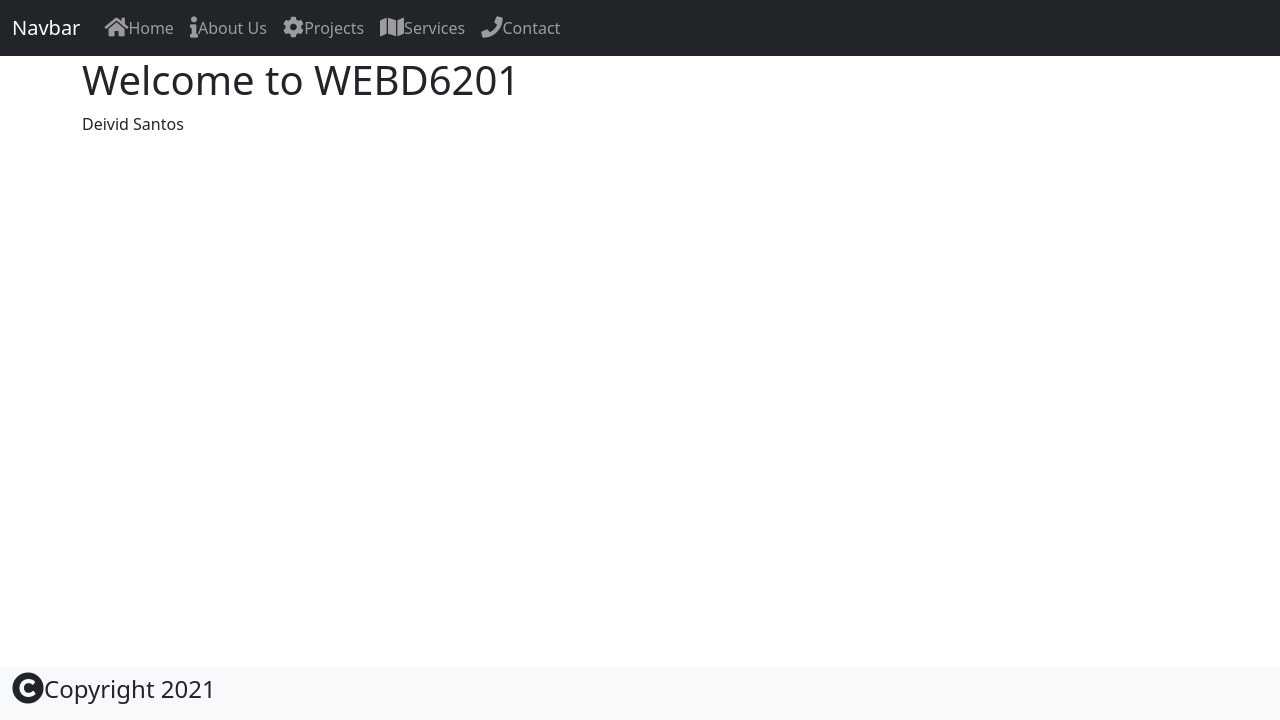
Repository: deividwsantoss/webd6201-W2021-ICE1
Page: Index.html
These files come from the project's save history. The page is drawn as it stood at one moment and after the next save; the edit follows.
The browser window is 1280 px wide. The pictures show the whole page.

Above is the page before, as saved 2021-02-02 11:39:10.

After the next save:
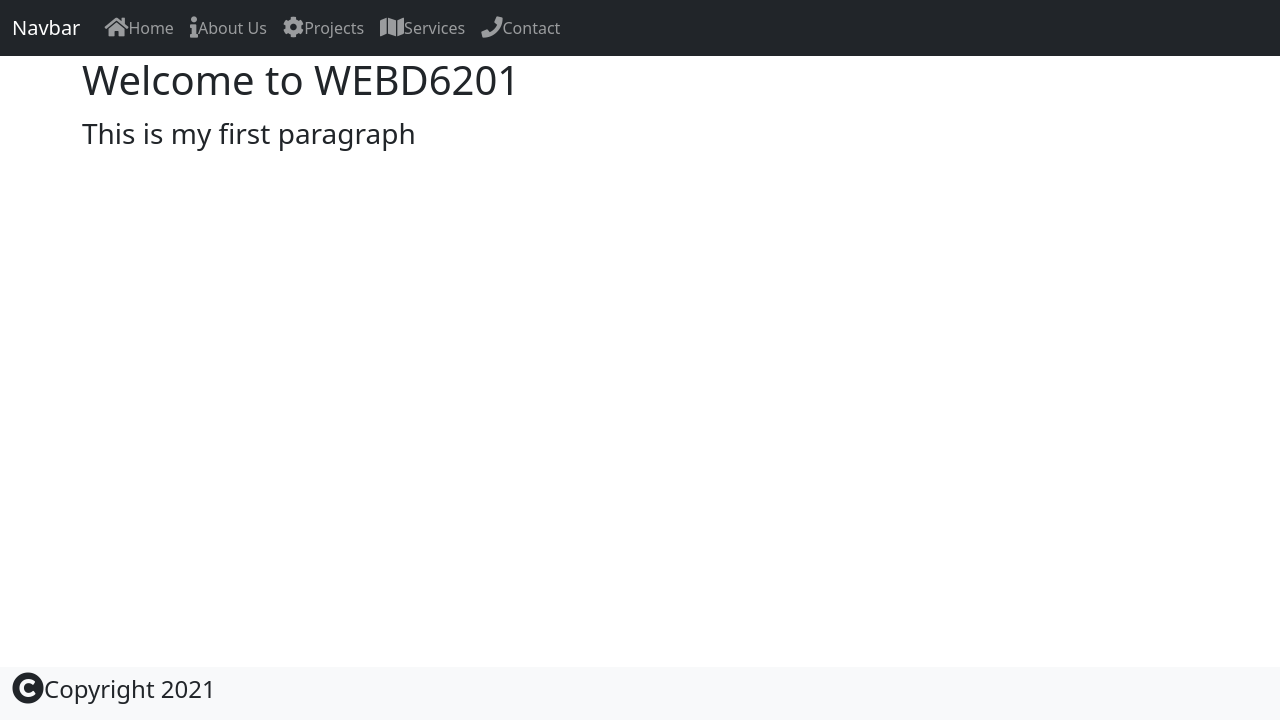
Saved 30 s later.
--- a/Scripts/app.js
+++ b/Scripts/app.js
@@ -58,7 +58,7 @@
 
         mainContent.innerHTML =
         `<h1 id="firstHeading">Welcome to WEBD6201 </h1>
-        <p id="paragraphOne">Deivid Santos</p>
+        <p id="paragraphOne" class="fs-3">This is my first paragraph</p>
         `
 
 
